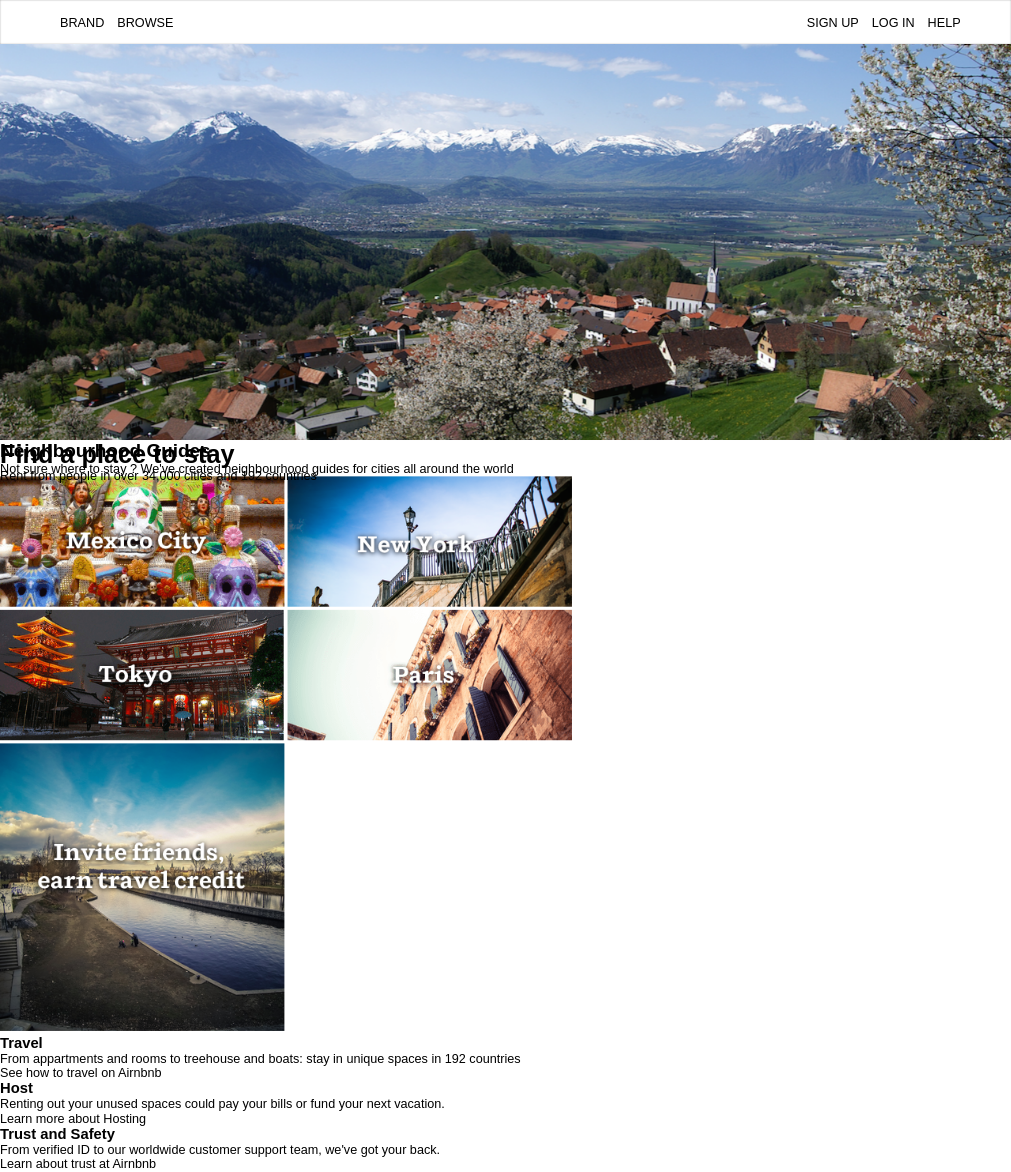
Repository: Naohonproject/web101x02_asm1
Page: Project2.html
These files come from the project's save history. The page is drawn as it stood at one moment and after the next save; the edit follows.
The browser window is 1280 px wide. The pictures show the whole page, at 79% of full size.

Above is the page before, as saved 2022-01-15 18:06:41.

### Project2.html
<!-- @format -->

<!DOCTYPE html>
<html lang="en">
	<head>
		<meta charset="UTF-8" />
		<meta http-equiv="X-UA-Compatible" content="IE=edge" />
		<meta name="viewport" content="width=device-width, initial-scale=1.0" />
		<link rel="stylesheet" href="./assets/css/style.css" />
		<link rel="stylesheet" href="./assets/css/responsive.css" />
		<title>Homepage</title>
	</head>
	<body>
		<div id="header">
			<div class="header-wrapper">
				<div class="nav-bar">
					<ul class="left-nav pull-left">
						<li>Brand</li>
						<li>Browse</li>
					</ul>
					<ul class="right-nav pull-right">
						<li><a href="Signup.html">Sign Up</a></li>
						<li><a href="login.html" target="_blank">Log In</a></li>
						<li>Help</li>
					</ul>
				</div>
			</div>
		</div>

		<div id="banner">
			<div class="banner-wrapper">
				<div class="banner-text-content">
					<h1>Find a place to stay</h1>
					<p>Rent from people in over 34,000 cities and 192 countries</p>
				</div>
			</div>
		</div>

		<div id="content">
			<div class="content-wrapper">
				<div class="content-heading">
					<h2>Neighbourhood Guides</h2>
					<p>
						Not sure where to stay ? We've created neighbourhood guides for
						cities all around the world
					</p>
				</div>
				<div class="content-images-table">
					<div>
						<img
							src="./assets/img/web101x-Mexico City.png"
							alt="Mexico City"
							width="360"
						/>
						<img
							src="./assets/img/web101x-New York.png"
							alt="New York City"
							width="360"
						/>
					</div>
					<div>
						<img
							src="./assets/img/web101x-Tokyo.png"
							alt="Tokyo City"
							width="360"
						/>
						<img
							src="./assets/img/web101x-Paris.png"
							alt="Paris City"
							width="360"
						/>
					</div>
					<div>
						<img
							src="./assets/img/web101x-Invitation.png"
							alt="Invitation image"
							width="360"
						/>
					</div>
				</div>
			</div>
		</div>

		<div id="footer">
			<div class="footer-wrapper">
				<div class="footer-block">
					<h3>Travel</h3>
					<p>
						From appartments and rooms to treehouse and boats: stay in unique
						spaces in 192 countries
					</p>
					<a href="#">See how to travel on Airnbnb</a>
				</div>

				<div class="footer-blockr">
					<h3>Host</h3>
					<p>
						Renting out your unused spaces could pay your bills or fund your
						next vacation.
					</p>
					<a href="#">Learn more about Hosting</a>
				</div>

				<div class="footer-block">
					<h3>Trust and Safety</h3>
					<p>
						From verified ID to our worldwide customer support team, we've got
						your back.
					</p>
					<a href="#">Learn about trust at Airnbnb</a>
				</div>
			</div>
		</div>
	</body>
</html>

### assets/css/style.css
/** @format */

/* common */

/* reset css */
* {
	box-sizing: border-box;
	padding: 0;
	margin: 0;
	text-decoration: none;
	color: #000;
}

/* row style */
.row {
}
/* collumn style */
.col {
}

.col-haft {
}

.col-third {
}

.align-center {
}
/* Set text lineweight to Bold */
.bold-text {
}

.btn-hover {
}

.pull-left {
	float: left !important;
}

.pull-right {
	float: right !important;
}

/* specific */

html {
	font-family: Arial, Helvetica, sans-serif;
}

/* start styling header */
#header {
	height: 56px;
	width: 100%;
	background-color: #fff;
	background-clip: border-box;
	box-shadow: 0 0 2px grey inset;
	color: #000;
	font-size: 16px;
	text-transform: uppercase;
	font-weight: 500;
	position: fixed;
	top: 0;
	left: 0;
}

#header li {
	display: inline-block;
	margin-left: 12px;
}

.header-wrapper {
	padding: 20px 64px;
}
/* end styling header */

/* start styling banner */
#banner {
	width: 100%;
	margin-top: 56px;
	padding-top: 39.123607%;
	background: url(../img/banner/banner.png) top center / cover no-repeat;
	background-origin: border-box;
	position: relative;
	top: 0;
	left: 0;
}

.banner-text-content {
	position: absolute;
}

Loaded but not shown: assets/css/responsive.css (no stored copy; drawn as an empty file)

After the next save:
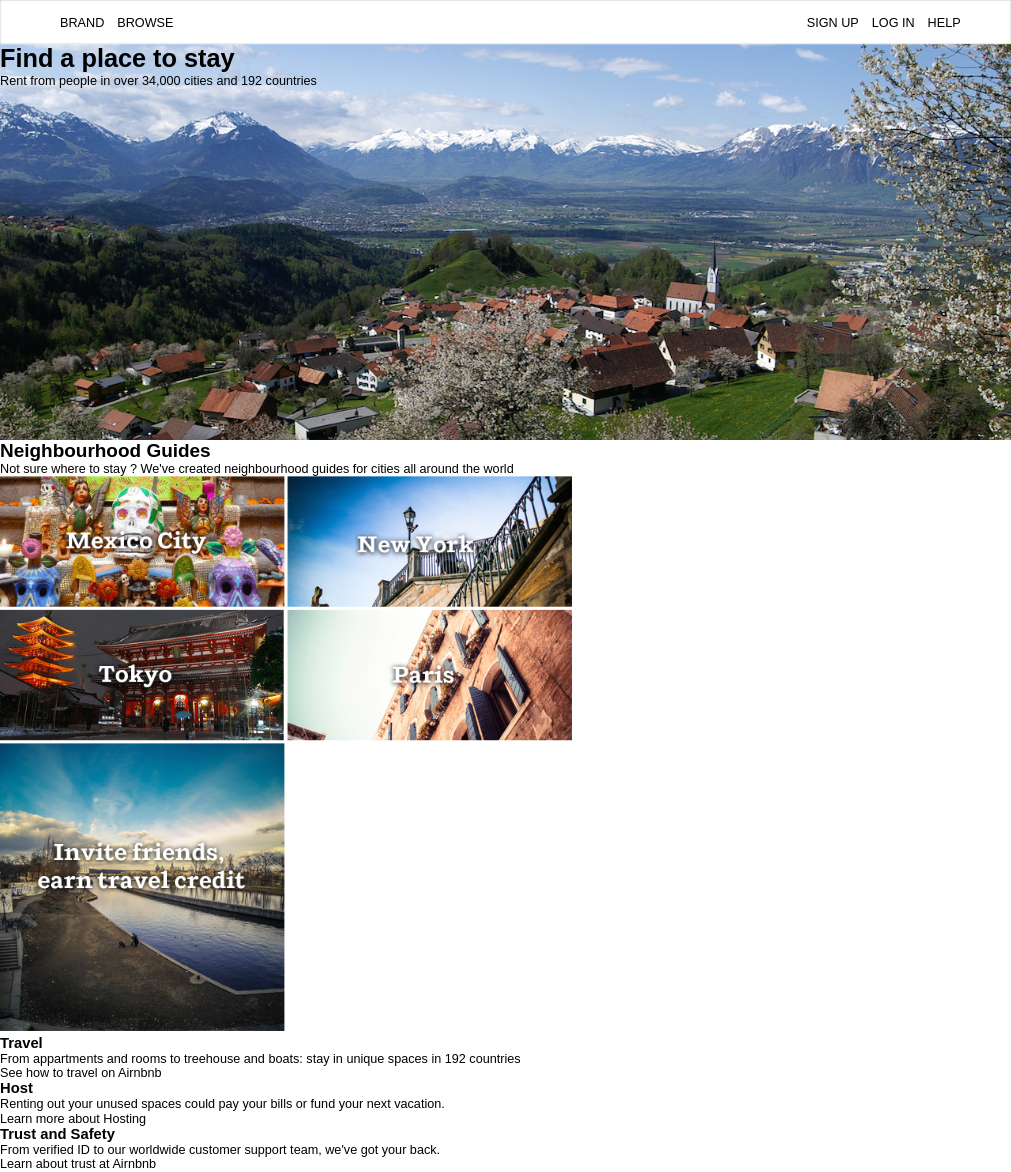
Saved 34 s later.
--- a/assets/css/style.css
+++ b/assets/css/style.css
@@ -87,4 +87,6 @@ html {
 
 .banner-text-content {
 	position: absolute;
+	top: 0;
+	left: 0;
 }
